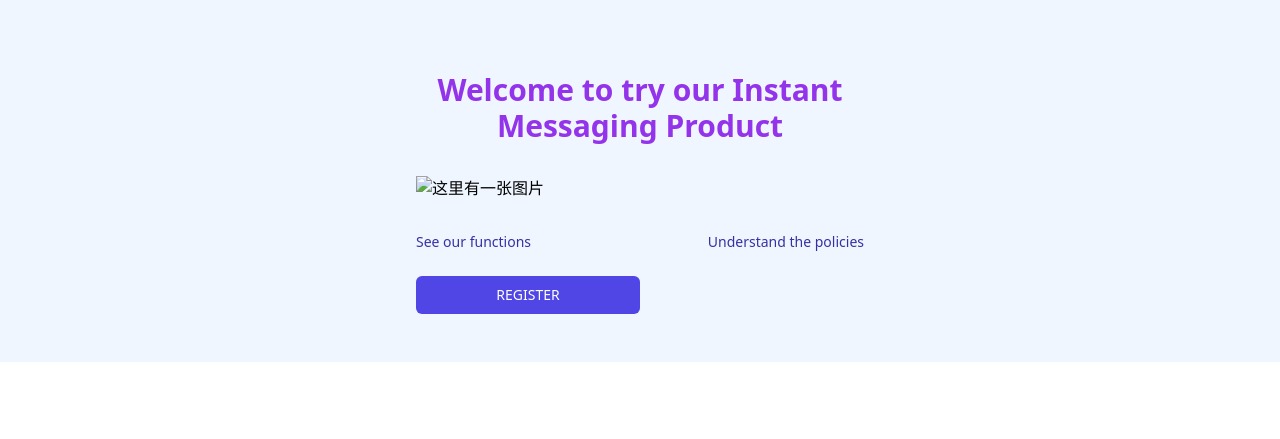
Repository: LiuRuohui/test_the_tailwindcss
Page: /
An editor plug-in stored every save of this project. The page is shown before and after the next save, followed by the edit.
The browser window is 1280 px wide. The pictures show the whole page.
The project was rebuilt for these pictures with package versions that can differ from the ones it lists, and the page was loaded fresh each time. Also part of the build but not shown: vite.config.js.

Above is the page before, as saved 2022-03-02 23:48:59.

After the next save:
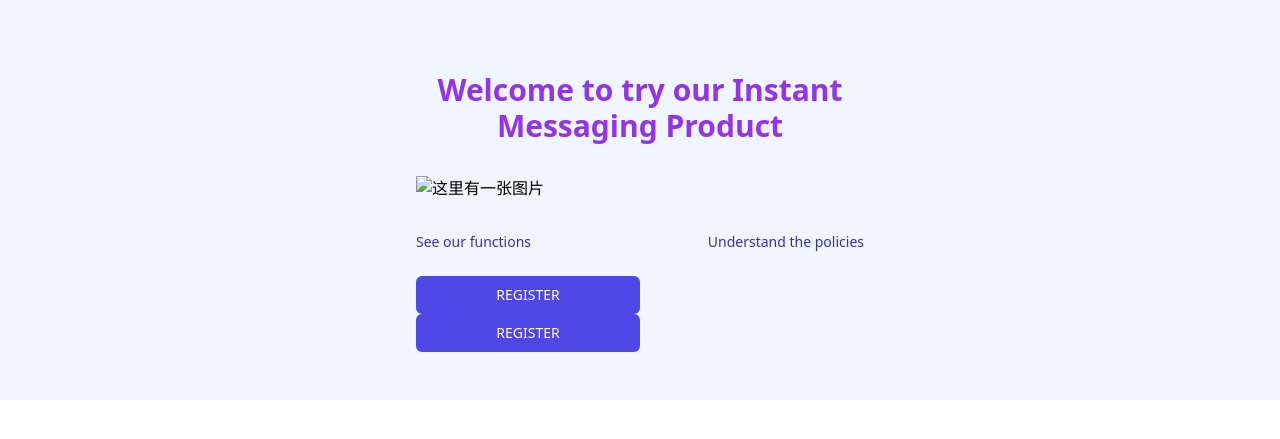
Saved 12 s later.
--- a/src/components/WelcomingPage.vue
+++ b/src/components/WelcomingPage.vue
@@ -20,6 +20,9 @@
         <button  class="group relative flex w-1/2 justify-center py-2 px-4 border border-transparent text-sm font-medium rounded-md text-white bg-indigo-600 hover:bg-indigo-700 focus:outline-none focus:ring-2 focus:ring-offset-2 focus:ring-indigo-500">
           REGISTER
         </button>
+        <button  class="group relative flex w-1/2 justify-center py-2 px-4 border border-transparent text-sm font-medium rounded-md text-white bg-indigo-600 hover:bg-indigo-700 focus:outline-none focus:ring-2 focus:ring-offset-2 focus:ring-indigo-500">
+          REGISTER
+        </button>
       </div>
     </div>
   </div>

After the 2 saves that followed:
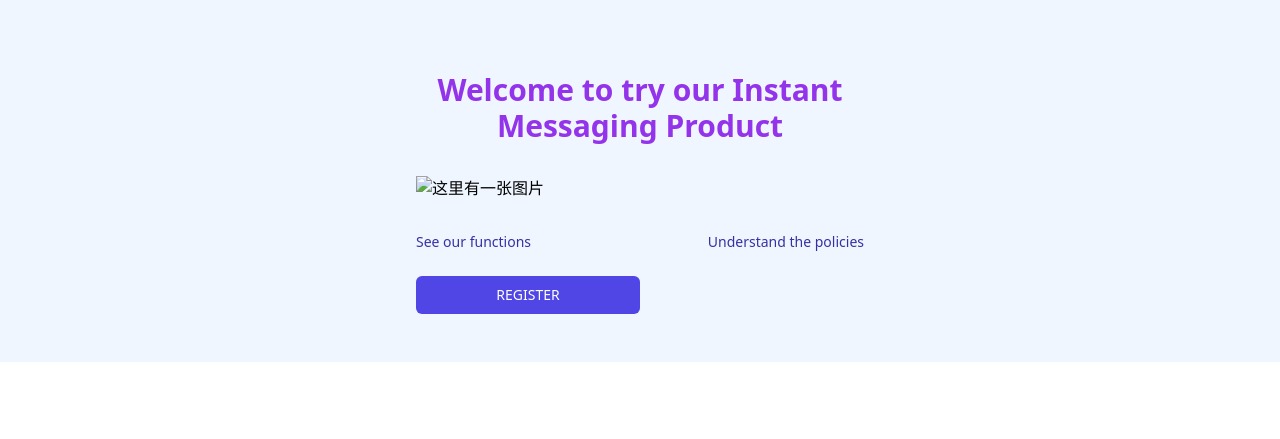
The 2 saves are shown as one change because 1 left the picture as it was.
The last was saved 23 s later.
--- a/src/components/WelcomingPage.vue
+++ b/src/components/WelcomingPage.vue
@@ -20,9 +20,7 @@
         <button  class="group relative flex w-1/2 justify-center py-2 px-4 border border-transparent text-sm font-medium rounded-md text-white bg-indigo-600 hover:bg-indigo-700 focus:outline-none focus:ring-2 focus:ring-offset-2 focus:ring-indigo-500">
           REGISTER
         </button>
-        <button  class="group relative flex w-1/2 justify-center py-2 px-4 border border-transparent text-sm font-medium rounded-md text-white bg-indigo-600 hover:bg-indigo-700 focus:outline-none focus:ring-2 focus:ring-offset-2 focus:ring-indigo-500">
-          REGISTER
-        </button>
+
       </div>
     </div>
   </div>
